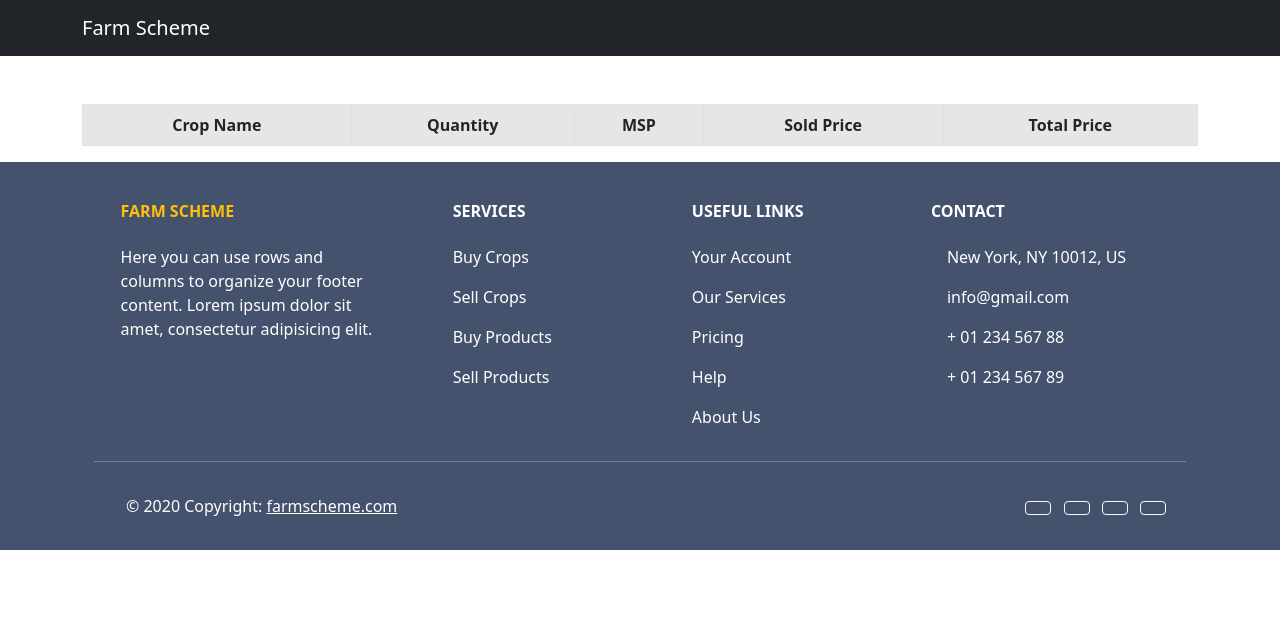
Repository: lavakumar17/Farmscheme
Page: http://localhost/demo/farmer/sold_history.jsp
An editor plug-in stored every save of this project. The page is shown before and after the next save, followed by the edit.
The browser window is 1280 px wide. The pictures show the whole page.
The page is served by Tomcat 9.

Above is the page before, as saved 2022-06-23 04:16:32.

After the next save:
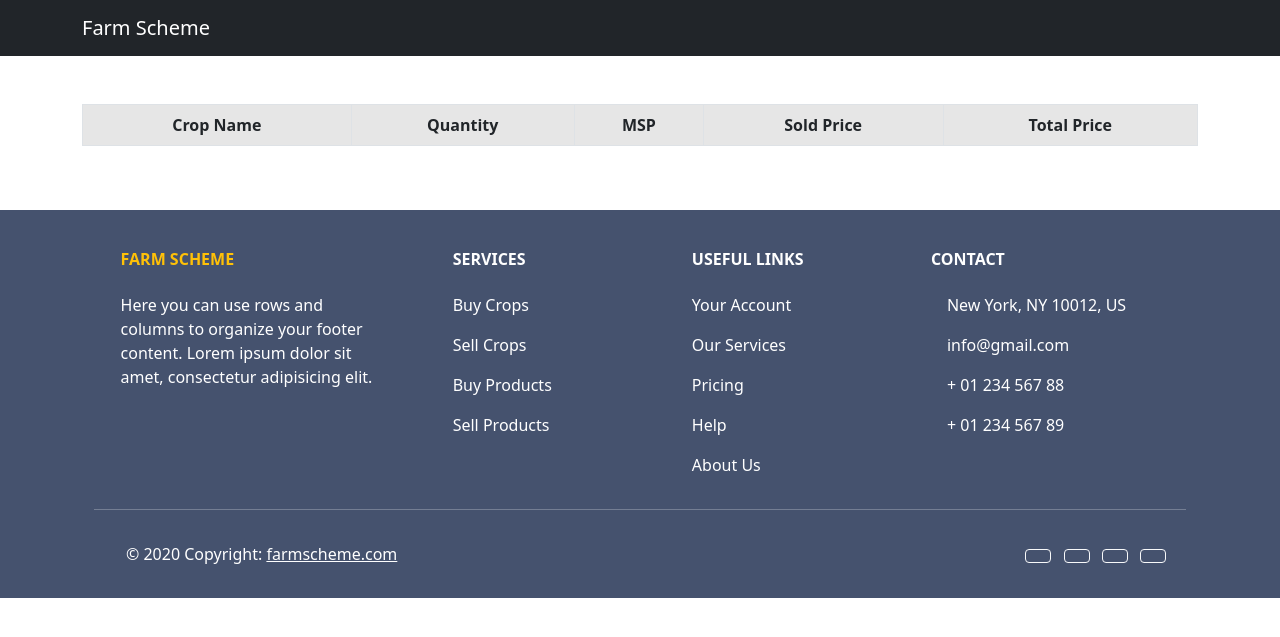
Saved 49 s later.
--- a/MainProject/demo/src/main/webapp/farmer/sold_history.jsp
+++ b/MainProject/demo/src/main/webapp/farmer/sold_history.jsp
@@ -55,7 +55,7 @@
 </c:forEach>
 </table>
 </div>
-</section>
+</section><br><br>
 <!-- footer -->
 <%@include file="footer.jsp" %>
 </body>
